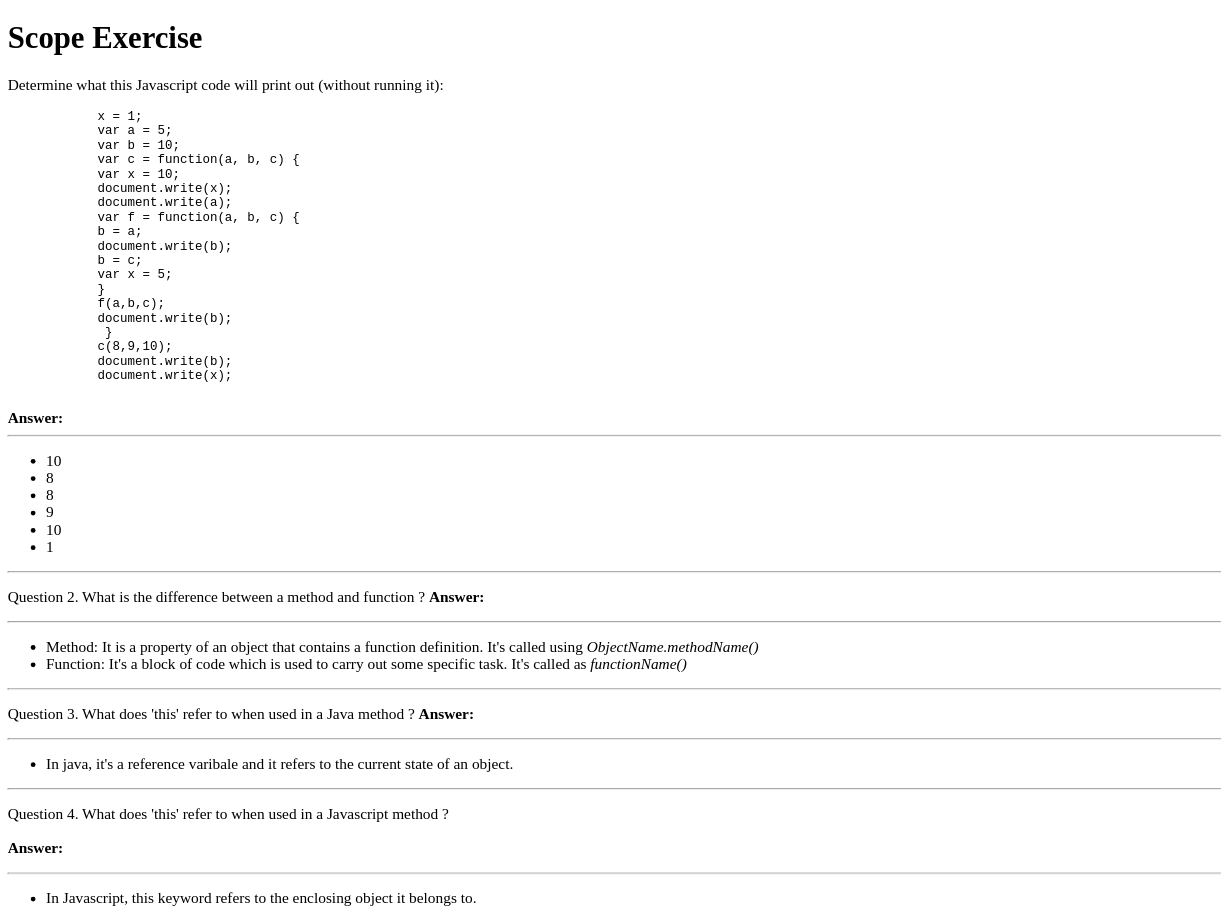
Repository: bethelbahiru/WAP
Page: Homework3/scope.html
The author's editor kept a copy of each file at every save. The page is drawn from the files as they stood at one save, then again after the next save.
The browser window is 1280 px wide. The pictures show the whole page, at 96% of full size.

Above is the page before, as saved 2022-01-18 16:27:08.

### Homework3/scope.html
<!DOCTYPE html>
<html lang="en">
<head>
    <meta charset="UTF-8">
    <meta http-equiv="X-UA-Compatible" content="IE=edge">
    <meta name="viewport" content="width=device-width, initial-scale=1.0">
    <title>Scope Exercise</title>
</head>
<body>
    <h1><strong>Scope Exercise</strong></h1>
    <p> Determine what this Javascript code will print out (without running it):
        <pre>
            x = 1;
            var a = 5;
            var b = 10;
            var c = function(a, b, c) {
            var x = 10;
            document.write(x);
            document.write(a);
            var f = function(a, b, c) {
            b = a;
            document.write(b);
            b = c;
            var x = 5;
            }
            f(a,b,c);
            document.write(b);
             }
            c(8,9,10);
            document.write(b);
            document.write(x);
        </pre>

        <strong>Answer:</strong>
        <hr>
        <ul>
            <li>10</li>
            <li>8</li>
            <li>8</li>
            <li>9</li>
            <li>10</li>
            <li>1</li>
        </ul>
    </p>
    <hr>
    <p>Question 2.  What is the difference between a method and function ?

        <strong>Answer:</strong>
        <hr>
        <ul>
            <li>Method: It is a property of an object that contains a function definition. It's called using <em>ObjectName.methodName()</em></li>
            <li>Function: It's a block of code which is used to carry out some specific task. It's called as <em>functionName()</em></li>
        </ul>
    </p>
    <hr>
    <p>Question 3. What does 'this' refer to when used in a Java method ?
        <strong>Answer:</strong>
        <hr>
        <ul>
            <li>In java, it's a reference varibale and it refers to the current state of an object.</li>
        </ul>
    </p>
    <hr>
    <p>Question 4. What does 'this' refer to when used in a Javascript method ?
        <br/>
        <br/>
        <strong>Answer:</strong>
        <hr>
        <ul>
            <li>In Javascript, this keyword refers to the enclosing object it belongs to.</li>
        </ul>
    </p>

</body>
</html>

After the next save:
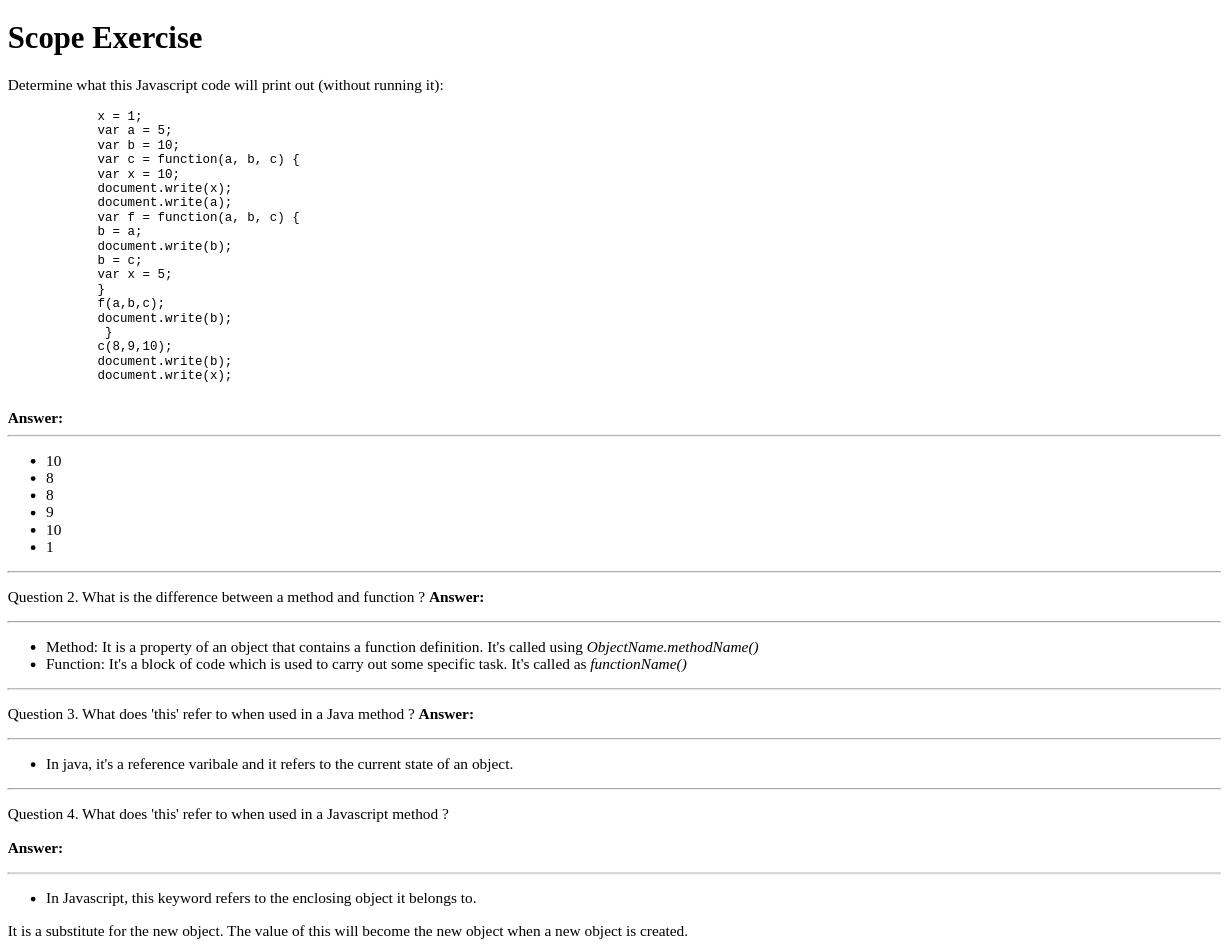
Saved 3 min 18 s later.
--- a/Homework3/scope.html
+++ b/Homework3/scope.html
@@ -71,5 +71,10 @@
         </ul>
     </p>
 
+
+
+
+    It is a substitute for the new object. The value of this will become the new object when a new object is created.
+
 </body>
 </html>
